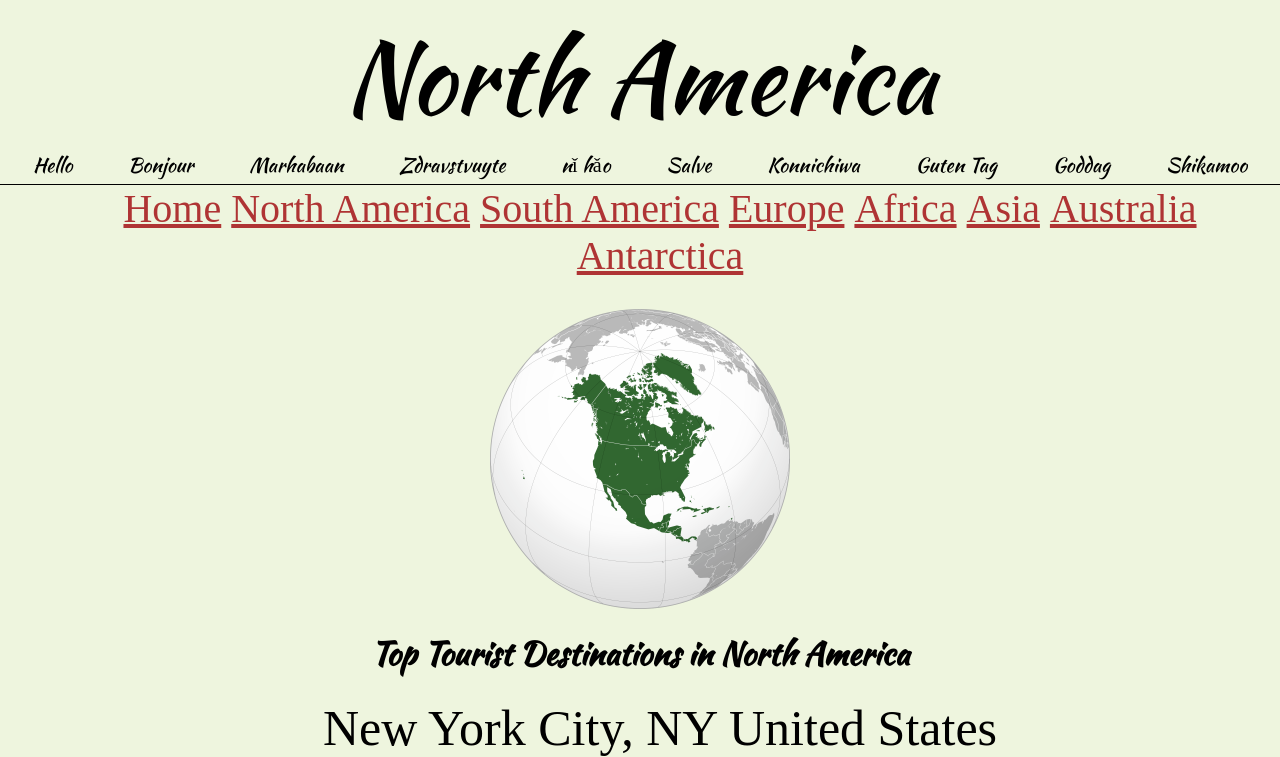
Repository: alharama/StaticWebsite
Page: na_page.html
These files come from the project's save history. The page is drawn as it stood at one moment and after the next save; the edit follows.
The browser window is 1280 px wide. The pictures show the part of the page from y = 0 to 757 px (the page is 4878 px tall before and 4738 px after).
Pictures or frames that could not be fetched are drawn as grey boxes.

Above is the page before, as saved 2021-10-07 19:59:45.

### na_page.html
<!DOCTYPE html>
<html lang="en">
<head>

    <link rel = "stylesheet" type="text/css" href="CSS/stylesheet.css">
    <link rel="icon" href="World.ico">

    <title> North America </title>

    <style>

        #na {
            display: block;
            margin-left: auto;
            margin-right: auto;
            margin-top: 30px;
            width: auto;
            height: 300px;

        }

        #survey {
            margin: 50px;
        }

        #result {
            padding-top: 5px;
            font-family: 'Kaushan Script';
        }

    </style>

    <script>
        function displayRadioValue() {
            var ele = document.getElementsByName('dest_option');

            for(i = 0; i < ele.length; i++) {
                if(ele[i].checked)
                document.getElementById("result").innerHTML
                         = "Destination: "+ele[i].value;
            }
        }
    </script>

</head>

<body>
    <header>
        North America


        <div id="languages">
            <div>Hello</div>
            <div>Bonjour</div>
            <div>Marhabaan</div>
            <div>Zdravstvuyte</div>
            <div>nǐ hǎo</div>
            <div>Salve</div>
            <div>Konnichiwa</div>
            <div>Guten Tag</div>
            <div>Goddag</div>
            <div>Shikamoo</div>
        </div>

    </header>


        <nav class="top_nav">
            <ul id="top_nav">
                <li><a href="/index.html">Home</a></li>
                <li><a href="/na_page.html">North America</a></li>
                <li><a href="/sa_page.html">South America</a></li>
                <li><a href="/eu_page.html">Europe</a></li>
                <li><a href="/af_page.html">Africa</a></li>
                <li><a href="/as_page.html">Asia</a></li>
                <li><a href="/au_page.html">Australia</a></li>
                <li><a href="/ant_page.html">Antarctica</a></li>
            </ul>
        </nav>

        <img id="na" src="images/NorthAmerica.png" alt="North america">


        <h1> Top Tourist Destinations in North America</h1>


        <ul class = "tourist_spots">
            <li> New York City, NY United States</li>

            <li><img class="dest" src="images/NY.jpeg" alt="NY"></li>
            <li> Los Angeles, CA United States</li>
            <li><img class = "dest" src="images/LA.jpeg" alt="LA"> </li>
            <li> Miami, FL United States</li>
            <li><img class = "dest" src="images/MIA.jpeg" alt = "MIA"></li>
            <li> Toronto, Canada</li>
            <li><img class = "dest" src="images/TOR.jpeg" alt="TOR"> </li>
            <li> Cancun, Mexico</li>
            <li><img class="dest" src="images/Cancun.jpeg" alt="Cancun"> </li>
        </ul>


            <div class = "extra_destinations">
                <div id="other_dest_header"> Other Popular Tourist Destinations</div>
                    <ol>
                        <li> Las Vegas, NV United States</li>
                        <li> Vancouver, Canada</li>
                        <li> San Francisco, CA United States</li>
                        <li> Washington DC, United States</li>
                        <li> Punta Cana, Domincan Republic</li>
                    </ol>
            </div>





        <div id="survey">

            Which destination would you like to travel to?
            <form>

                <input type="radio" name="dest_option" value="New York City">New York City<br>
                <input type="radio" name="dest_option" value="Los Angeles">Los Angeles<br>
                <input type="radio" name="dest_option" value="Miami">Miami<br>
                <input type="radio" name="dest_option" value="Toronto">Toronto<br>
                <input type="radio" name="dest_option" value="Cancun">Cancun<br>
                <input type="radio" name="dest_option" value="Las Vegas">Las Vegas<br>
                <input type="radio" name="dest_option" value="Vancouver">Vancouver<br>
                <button type="button" onclick="displayRadioValue()">
                    Submit
                </button>

                <div id="result"></div>

            </form>

        </div>



        <footer>

            References:
                <ol>
                    <li><a href="https://www.travelandleisure.com/travel-guide/new-york-city">https://www.travelandleisure.com/travel-guide/new-york-city</a></li>
                    <li><a href="https://en.wikipedia.org/wiki/Los_Angeles_County,_California">https://en.wikipedia.org/wiki/Los_Angeles_County,_California</a></li>
                    <li><a href="https://www.planetware.com/florida/best-time-to-visit-miami-fl-us-fl-442.htm">https://www.planetware.com/florida/best-time-to-visit-miami-fl-us-fl-442.htm</a></li>
                    <li><a href="https://www.flytap.com/en-us/destinations/canada/toronto">https://www.flytap.com/en-us/destinations/canada/toronto</a></li>
                    <li><a href="https://www.worldatlas.com/cities/cancun.html">https://www.worldatlas.com/cities/cancun.html</a></li>
                </ol>
        </footer>



</body>


</html>

### CSS/stylesheet.css

 @import url('https://fonts.googleapis.com/css2?family=Kaushan+Script&display=swap');



 header {
    text-align: center;
    padding: 5px;
    font-family: 'Kaushan Script', cursive;
    font-size: 100px;
    border-bottom: 1px solid;

}

body{
    background: rgb(238, 245, 222);
    margin: 0px;
    padding-bottom: 200px;
}

.top_nav {
    width: 100%;
    font-size: 40px;
    text-align: center;
    color: red;

}

.top_nav ul {
    margin: 0px;
    color: blue;
}

.top_nav li {
    display: inline-block;

}

.top_nav a {
    text-decoration:underline;
    color: rgb(175, 52, 52);

}

.top_nav a:hover {
    background-color: lightgray;
}


#languages{

    display: flex;
    font-size: 20px;
    justify-content:space-around;
}



 h1 {
    text-align: center;
    font-family: 'Kaushan Script', cursive;
}

.tourist_spots {
    text-align: center;
}
.tourist_spots li {
    list-style: none;
    text-align: center;
    font-size: 50px;

}


.dest {
    width: 600px;
    height: 500px;
    padding: 50px;
}

#other_dest_header {
    padding-left: 20px;
    font-size: 50px;
}
.extra_destinations li{
    padding-left: 20px;
    font-size: 20px;
}

#survey {
    margin: 50px;
}

footer {
    padding-left: 20px;
}

After the next save:
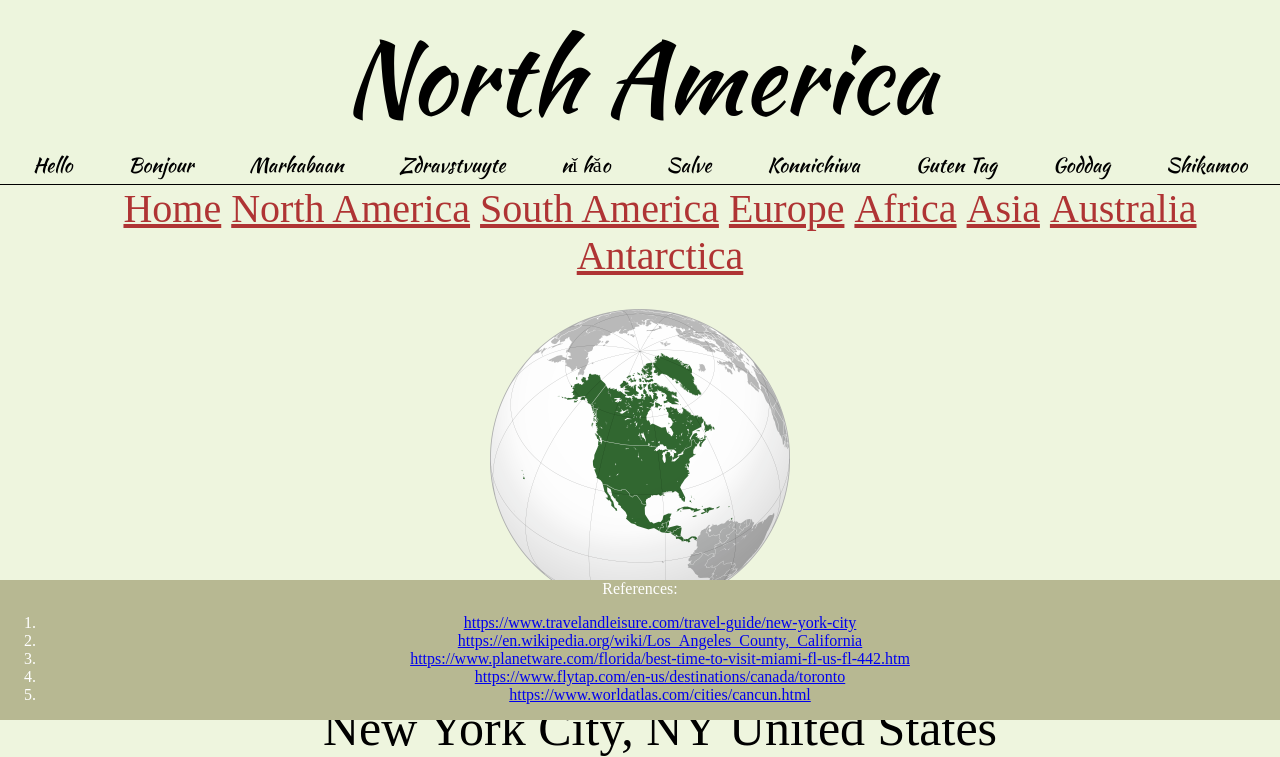
Saved 2 min 31 s later.
--- a/CSS/stylesheet.css
+++ b/CSS/stylesheet.css
@@ -9,6 +9,7 @@
     font-family: 'Kaushan Script', cursive;
     font-size: 100px;
     border-bottom: 1px solid;
+    background-color: rgba(238, 245, 222, 0.801);
 
 }
 
@@ -92,5 +93,11 @@ body{
 }
 
 footer {
-    padding-left: 20px;
+    position: fixed;
+    left: 0;
+    bottom: 0;
+    width: 100%;
+    background-color: rgb(183, 184, 146);
+    color: white;
+    text-align: center;
 }
